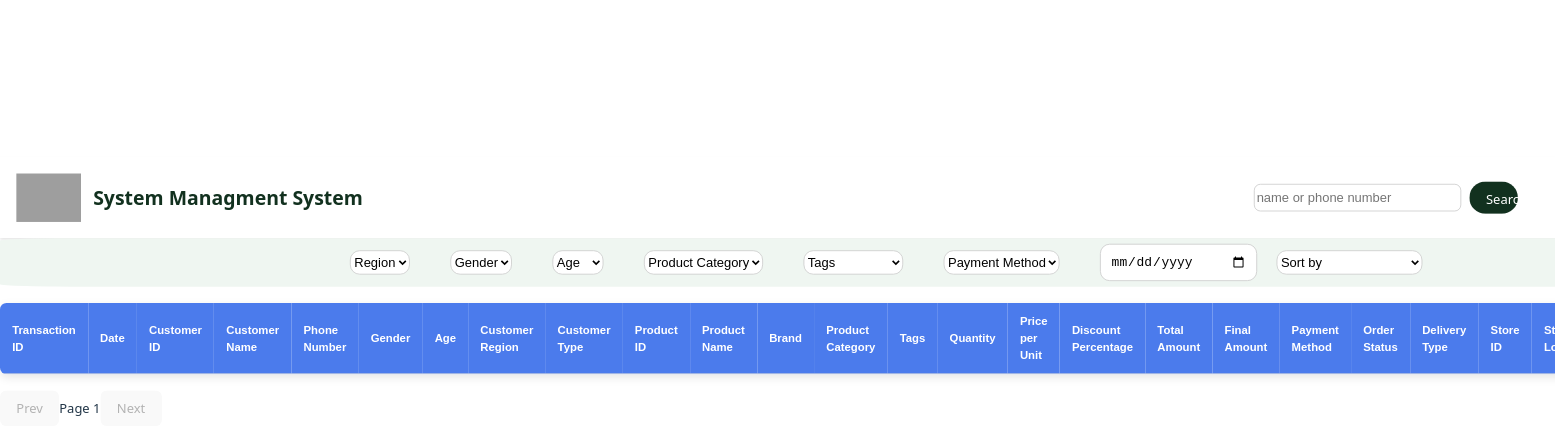
Repository: SandeepYadav18717/TruEstae
Page: / (app in TruEstae/)
The author's editor kept a copy of each file at every save. The page is drawn from the files as they stood at one save, then again after a run of saves.
The browser window is 1280 px wide. The page is 2229 px wide, then 1320 px, so the pictures cover 1920 px, including what lies to the right of the window. The pictures show the whole page, at 81% of full size.
Pictures or frames that could not be fetched are drawn as grey boxes. The page's requests for data from a server got no answer. The project was rebuilt for these pictures with package versions that can differ from the ones it lists, and the page was loaded fresh each time. No one was signed in, and anything a server would have sent is missing. Also part of the build but not shown: TruEstae/vite.config.js, TruEstae/src/App.css.

Above is the page before, as saved 2025-12-09 08:31:09.

After the next 2 saves:
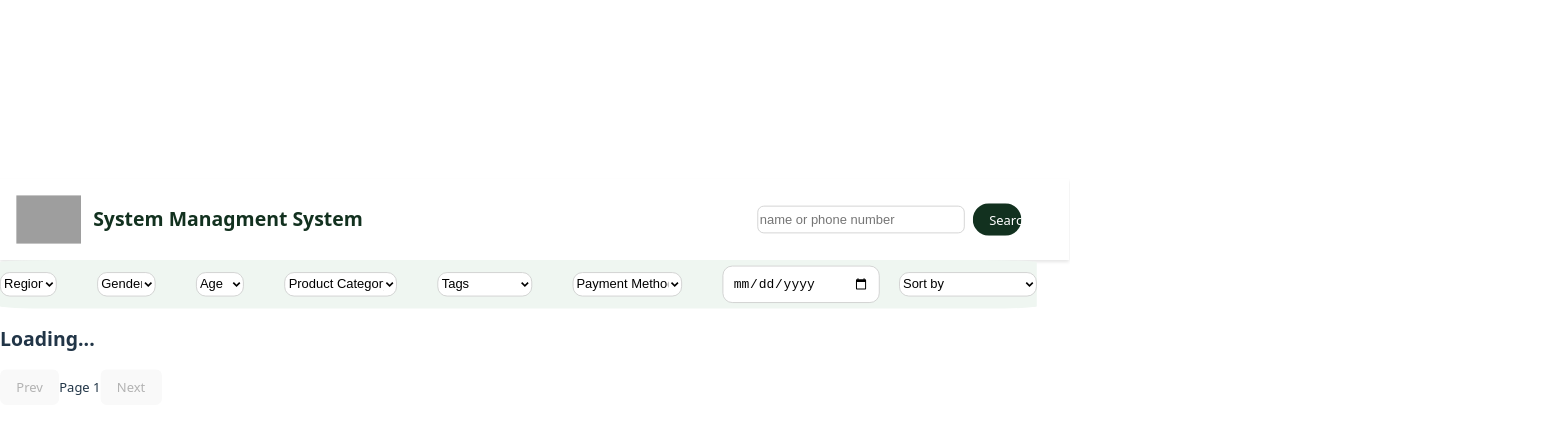
The 2 saves are shown as one change because they came seconds apart.
The last was saved 21 s later.
--- a/TruEstae/src/Pages/Home.jsx
+++ b/TruEstae/src/Pages/Home.jsx
@@ -1,6 +1,6 @@
 import { useState, useEffect } from "react";
 import Logo from "./Logo.jsx";
-import InputBar from "../components/search_bar.jsx";
+import SearchBar from "../components/search_bar.jsx";
 import "../Styles/Home.css";
 import Table from "./Table.jsx";
 
@@ -20,53 +20,38 @@ function Home() {
 
   const [data, setData] = useState([]);
   const [loading, setLoading] = useState(false);
-
-  // ⭐⭐⭐ SEARCH FUNCTION (with loading FIXED) ⭐⭐⭐
   const handleSearch = async (query) => {
-    setLoading(true); // loader start
     console.log("SEARCH QUERY:", query);
 
-    try {
-      const res = await fetch("http://localhost:8000/search-name-phone", {
-        method: "POST",
-        headers: { "Content-Type": "application/json" },
-        body: JSON.stringify({ query }),
-      });
+    const res = await fetch("http://localhost:8000/search-name-phone", {
+      method: "POST",
+      headers: { "Content-Type": "application/json" },
+      body: JSON.stringify({ query }),
+    });
 
-      const result = await res.json();
-      console.log("SEARCH RESULT:", result);
+    const result = await res.json();
+    console.log("SEARCH RESULT:", result);
 
-      setData(result); // update table with search result
-    } catch (err) {
-      console.error("Search Error:", err);
-    }
-
-    setLoading(false); // loader stop
+    setData(result); // show search result
   };
 
-  // FILTER HANDLER (pagination reset)
   function Page(e) {
     const { id, value } = e.target;
-    setFilters((prev) => ({ ...prev, [id]: value, page: 1 }));
+    setFilters((prev) => ({ ...prev, [id]: value, page: 1 })); // reset to page 1
   }
 
-  // ⭐⭐⭐ FETCH FILTERED DATA ⭐⭐⭐
   useEffect(() => {
     async function fetchData() {
       setLoading(true);
 
-      try {
-        const res = await fetch("http://localhost:8000/get-data", {
-          method: "POST",
-          headers: { "Content-Type": "application/json" },
-          body: JSON.stringify(filters),
-        });
+      const res = await fetch("http://localhost:5000/get-data", {
+        method: "POST",
+        headers: { "Content-Type": "application/json" },
+        body: JSON.stringify(filters),
+      });
 
-        const result = await res.json();
-        setData(result);
-      } catch (err) {
-        console.error("Fetch Error:", err);
-      }
+      const result = await res.json();
+      setData(result);
 
       setLoading(false);
     }
@@ -78,9 +63,8 @@ function Home() {
     <>
       <div className="topBar">
         <Logo />
+       <SearchBar onSearch={handleSearch} />
 
-        {/* ⭐⭐⭐ Search bar now fully working ⭐⭐⭐ */}
-        <InputBar onSearch={handleSearch} />
       </div>
 
       <div className="Container_Ui">
@@ -168,13 +152,13 @@ function Home() {
         </div>
       </div>
 
-      {/* ⭐⭐⭐ LOADER ⭐⭐⭐ */}
+      {/*here is the loader if loading is true no data show  */}
       {loading && <h2>Loading...</h2>}
 
-      {/* ⭐⭐⭐ SHOW TABLE WHEN NOT LOADING ⭐⭐⭐ */}
+      {/* using props to get the table when loader is not true */}
       {!loading && <Table data={data} />}
 
-      {/* PAGINATION */}
+      {/* PAGINATION BUTTONS */}
       <div>
         <button
           disabled={filters.page === 1}
